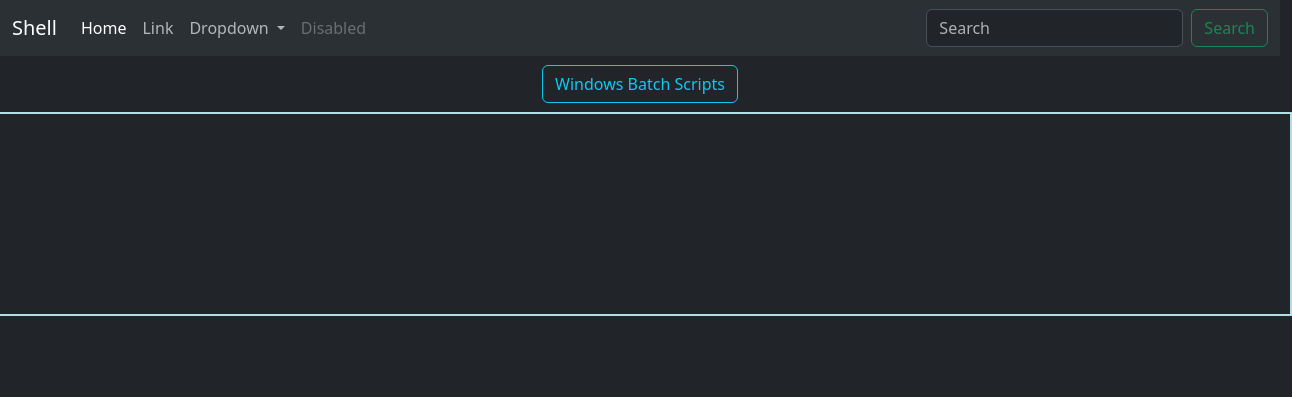
Repository: VictoriousMango/Archive
Page: index.html
The author's editor kept a copy of each file at every save. The page is drawn from the files as they stood at one save, then again after the next save.
The browser window is 1280 px wide. The page is 1292 px wide, then 1280 px, so the pictures cover 1292 px, including what lies to the right of the window. The pictures show the whole page.

Above is the page before, as saved 2024-06-06 00:04:12.

### index.html
<!doctype html>
<html lang="en">
    <head>
        <meta charset="utf-8">
        <meta name="viewport" content="width=device-width, initial-scale=1">
        <title>Bootstrap demo</title>
        <link href="https://cdn.jsdelivr.net/npm/bootstrap@5.3.3/dist/css/bootstrap.min.css" rel="stylesheet" integrity="sha384-QWTKZyjpPEjISv5WaRU9OFeRpok6YctnYmDr5pNlyT2bRjXh0JMhjY6hW+ALEwIH" crossorigin="anonymous">    </head>
    <body data-bs-theme="dark">
        <!-- NavBar -->
        <nav class="navbar navbar-expand-lg bg-body-tertiary ">
            <div class="container-fluid">
                <a href="#" class="navbar-brand" role="button" onclick="Toggling()">Shell</a>
              <button class="navbar-toggler" type="button" data-bs-toggle="collapse" data-bs-target="#navbarSupportedContent" aria-controls="navbarSupportedContent" aria-expanded="false" aria-label="Toggle navigation">
                <span class="navbar-toggler-icon"></span>
              </button>
                <div class="collapse navbar-collapse" id="navbarSupportedContent">
                    <ul class="navbar-nav me-auto mb-2 mb-lg-0">
                    <li class="nav-item">
                        <a class="nav-link active" aria-current="page" href="#">Home</a>
                    </li>
                    <li class="nav-item">
                        <a class="nav-link" href="#">Link</a>
                    </li>
                    <li class="nav-item dropdown">
                        <a class="nav-link dropdown-toggle" href="#" role="button" data-bs-toggle="dropdown" aria-expanded="false">
                        Dropdown
                        </a>
                        <ul class="dropdown-menu">
                        <li><a class="dropdown-item" href="#">Action</a></li>
                        <li><a class="dropdown-item" href="#">Another action</a></li>
                        <li><hr class="dropdown-divider"></li>
                        <li><a class="dropdown-item" href="#">Something else here</a></li>
                        </ul>
                    </li>
                    <li class="nav-item">
                        <a class="nav-link disabled" aria-disabled="true">Disabled</a>
                    </li>
                    </ul>
                    <form class="d-flex" role="search">
                        <input class="form-control me-2" type="search" placeholder="Search" aria-label="Search">
                        <button class="btn btn-outline-success" type="submit">Search</button>
                    </form>
                </div>
            </div>
        </nav>
        <!-- NavBar -->

        <h1 style="text-align : center;"><button type="button" class="btn btn-outline-info">Windows Batch Scripts</button></h1>
        <div class="row" style="  border: 2px solid powderblue; padding: 100px;">
            <div class="col">

            </div>
        </div>

        <!-- Including JS -->
        <script src="https://cdn.jsdelivr.net/npm/bootstrap@5.3.3/dist/js/bootstrap.bundle.min.js" integrity="sha384-YvpcrYf0tY3lHB60NNkmXc5s9fDVZLESaAA55NDzOxhy9GkcIdslK1eN7N6jIeHz" crossorigin="anonymous"></script>
        <!-- JS for the web page -->
        <script>
            function Toggling() {
                console.log("Clicked the toggle button")
                console.log()
                var element = document.body;
                element.dataset.bsTheme = element.dataset.bsTheme=="light"?"dark":"light"
            }
        </script>
    </body>
</html>

After the next save:
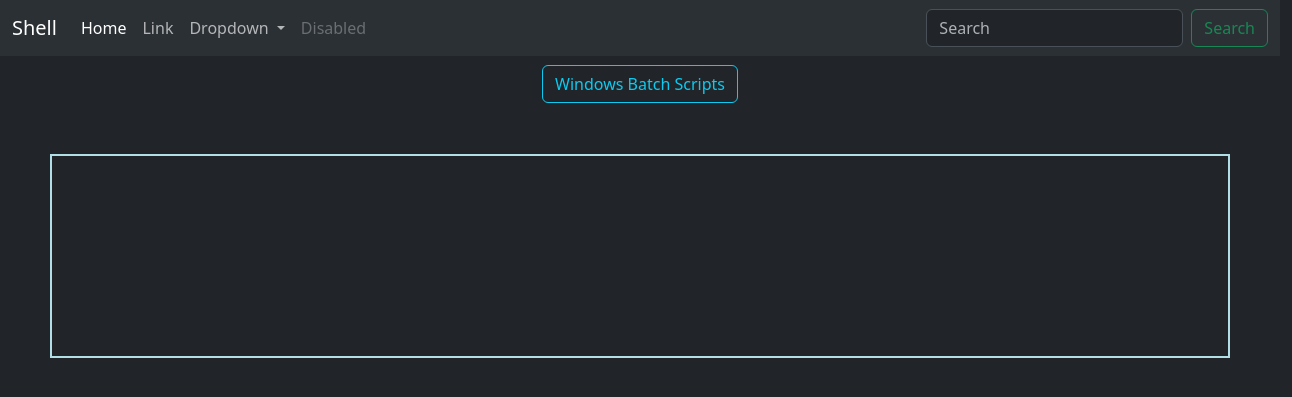
Saved 30 s later.
--- a/index.html
+++ b/index.html
@@ -46,7 +46,7 @@
         <!-- NavBar -->
 
         <h1 style="text-align : center;"><button type="button" class="btn btn-outline-info">Windows Batch Scripts</button></h1>
-        <div class="row" style="  border: 2px solid powderblue; padding: 100px;">
+        <div class="row" style="  border: 2px solid powderblue; margin: 50px; padding: 100px;">
             <div class="col">
 
             </div>
